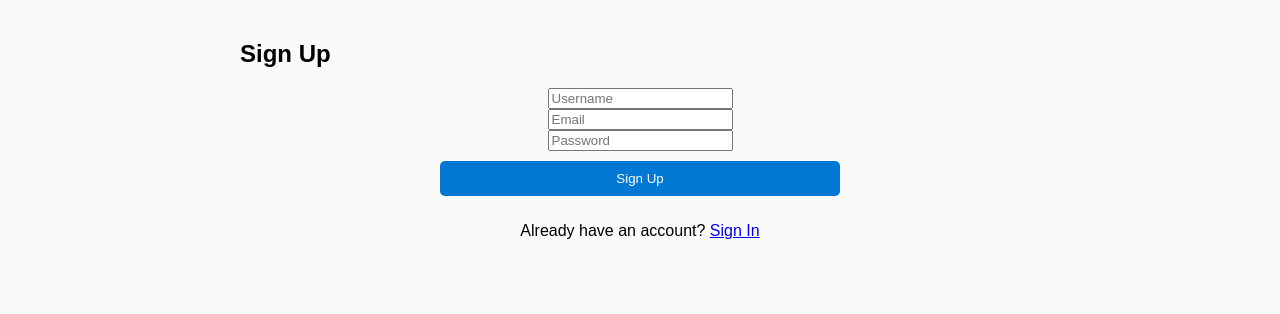
Repository: burhannaseer/CloudClips
Page: signup.html
The author's editor kept a copy of each file at every save. The page is drawn from the files as they stood at one save, then again after the next save.
The browser window is 1280 px wide. The pictures show the whole page.

Above is the page before, as saved 2025-05-06 02:21:22.

After the next save:
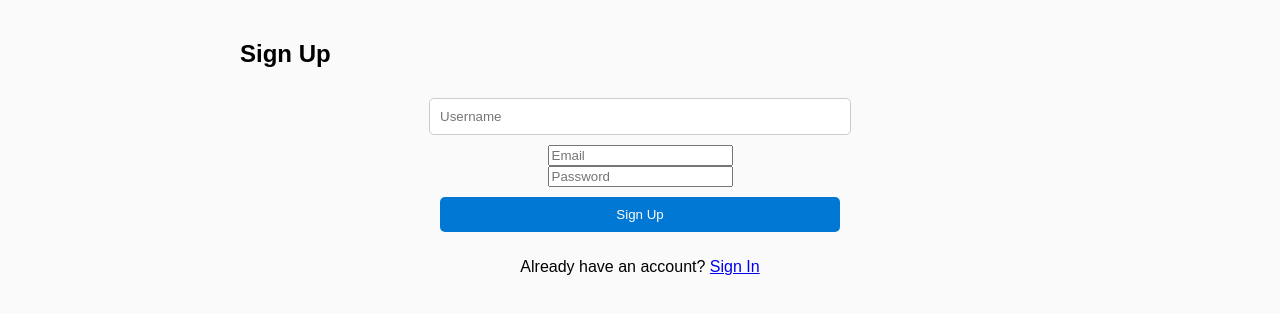
Saved 26 s later.
--- a/styles.css
+++ b/styles.css
@@ -77,3 +77,23 @@
     height: auto;
     border-radius: 8px;
   }
+  input[type="text"] {
+    margin: 10px 0;
+    padding: 10px;
+    width: 100%;
+    max-width: 400px;
+    border: 1px solid #ccc;
+    border-radius: 5px;
+  }
+
+  .actions {
+    display: flex;
+    justify-content: space-around;
+    margin-top: 10px;
+    font-size: 1.2rem;
+    cursor: pointer;
+  }
+
+  .actions span:hover {
+    opacity: 0.7;
+  }
